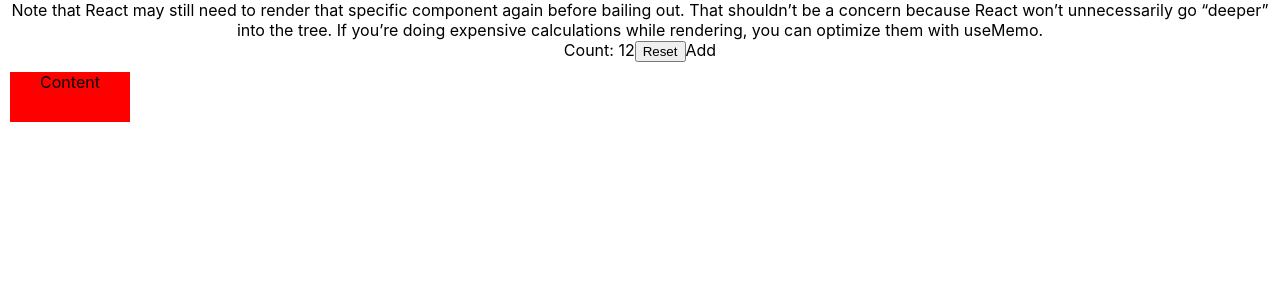
Repository: Farbod29/React-text-highlighter-with-hook-
Page: /
An editor plug-in stored every save of this project. The page is shown before and after the next save, followed by the edit.
The browser window is 1280 px wide. The pictures show the whole page.
The project was rebuilt for these pictures with package versions that can differ from the ones it lists, and the page was loaded fresh each time.

Above is the page before, as saved 2022-02-18 20:57:37.

After the next save:
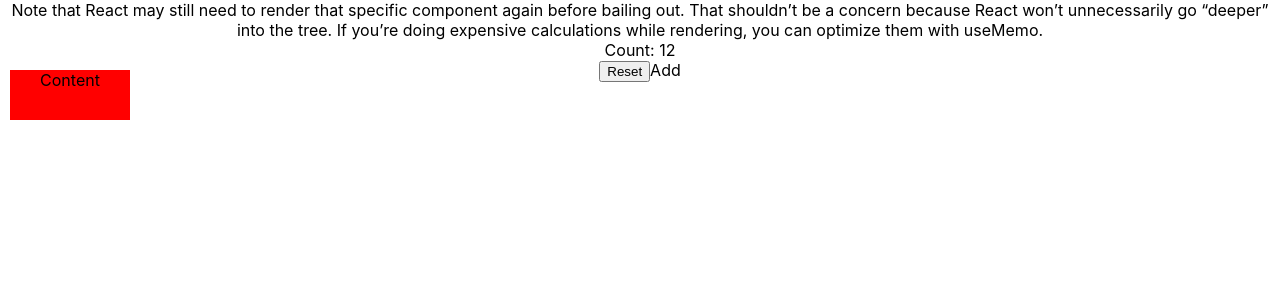
Saved 29 s later.
--- a/src/highlighter.js
+++ b/src/highlighter.js
@@ -18,23 +18,25 @@ export default function Highlighter() {
       </div>
       Count: {count}
       {/* <button onClick={() => setCount((prevCount) => prevCount - 1)}>-</button> */}
-      <div
-        style={{
-          padding: '0px 10px',
-          position: 'fixed',
-          height: '50px',
-          width: '100px',
-          margin: '10px',
-          backgroundColor: 'red',
-          inline: true,
-          justifyContent: 'center',
-          display: 'center',
-        }}
-      >
-        Content
+      <div>
+        <div
+          style={{
+            padding: '0px 10px',
+            position: 'fixed',
+            height: '50px',
+            width: '100px',
+            margin: '10px',
+            backgroundColor: 'red',
+            inline: true,
+            justifyContent: 'center',
+            display: 'center',
+          }}
+        >
+          Content
+        </div>
+        <button onClick={() => setCount(12)}>Reset</button>
+        Add {doit()}
       </div>
-      <button onClick={() => setCount(12)}>Reset</button>
-      Add {doit()}
     </>
   );
 }
